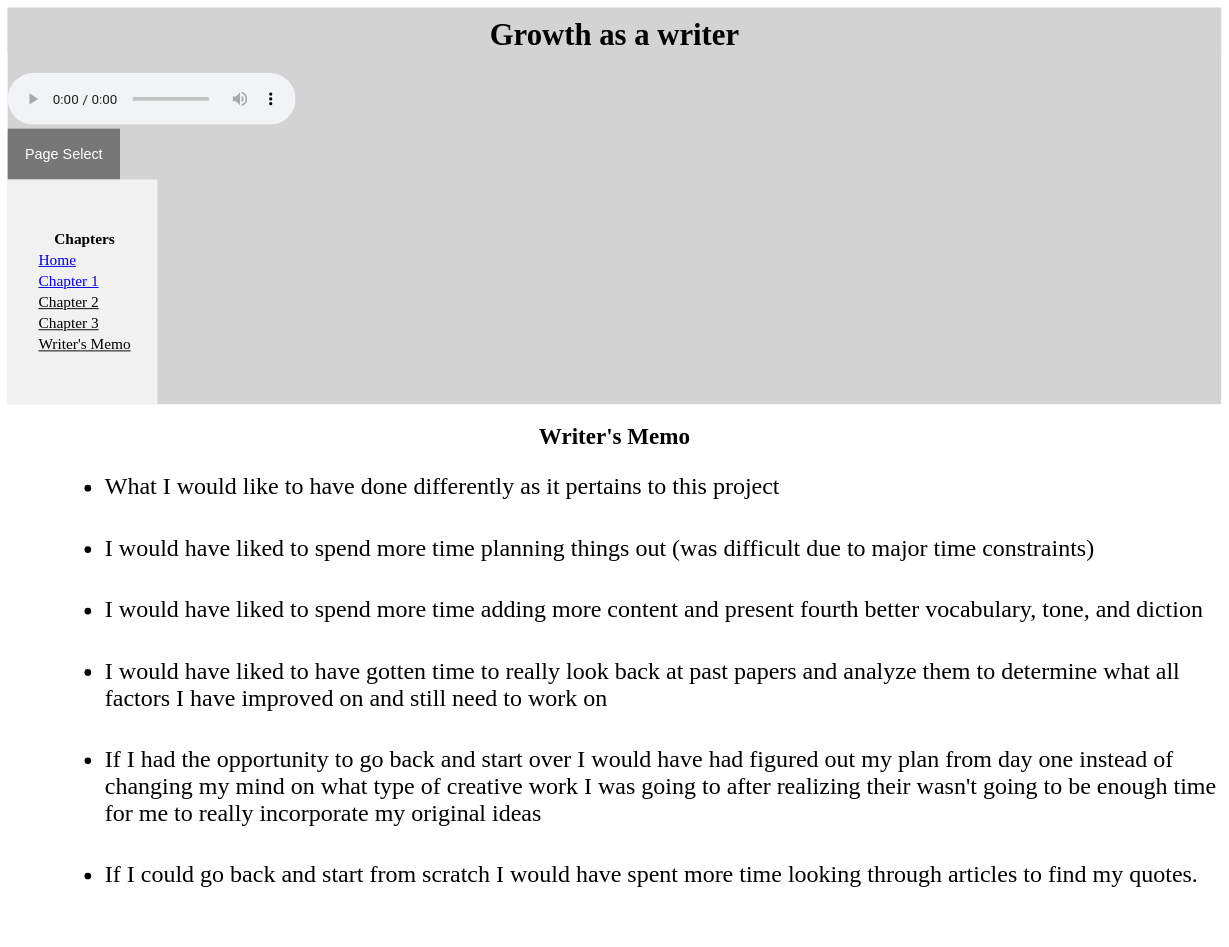
Repository: jpaisiem/WP-4
Page: WritersMemo.html
The author's editor kept a copy of each file at every save. The page is drawn from the files as they stood at one save, then again after a run of saves.
The browser window is 1280 px wide. The pictures show the whole page, at 96% of full size.

Above is the page before, as saved 2025-05-01 12:02:24.
Console error: TypeError: Cannot read properties of undefined (reading 'toggle')

After the next 2 saves:
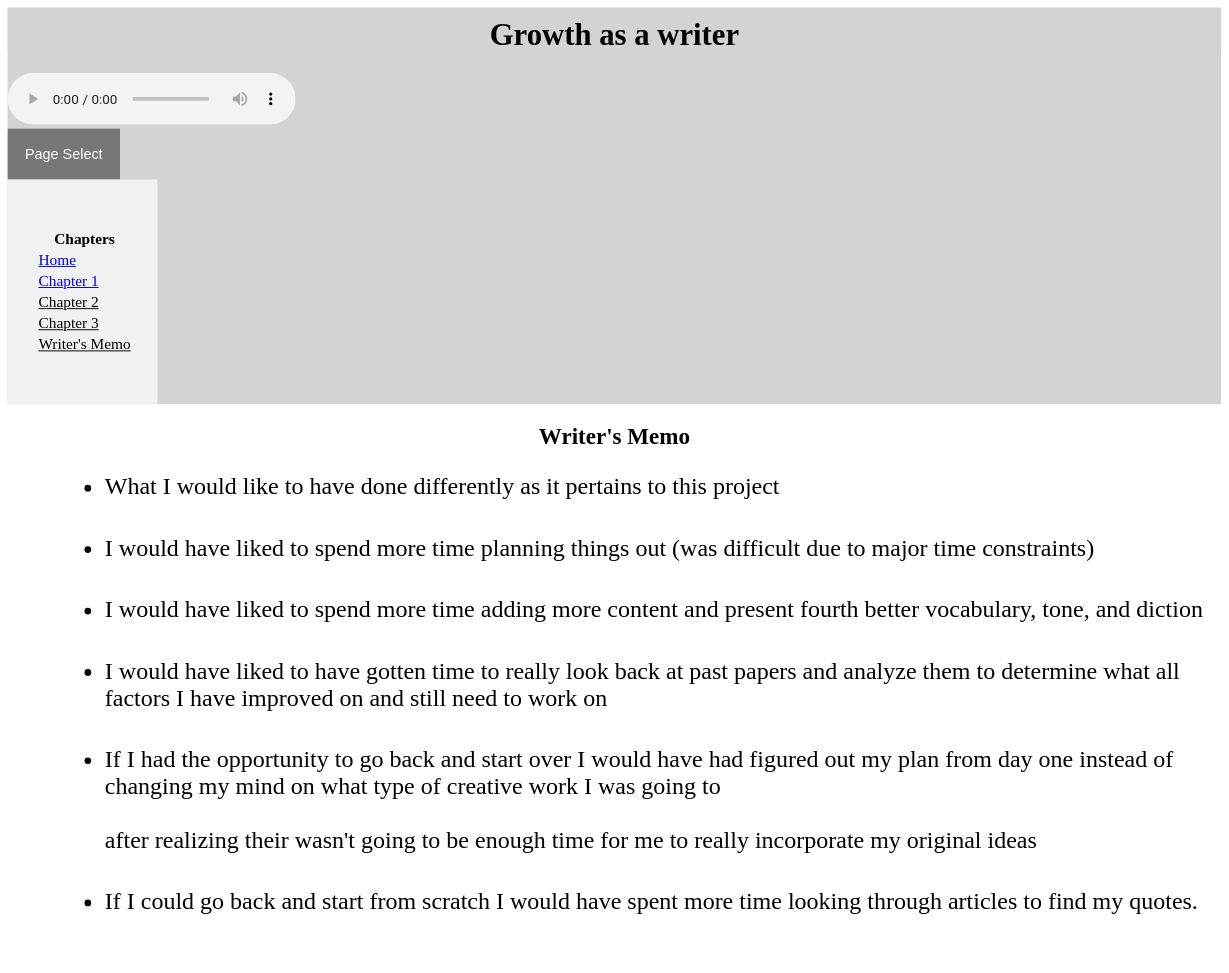
The 2 saves are shown as one change because they came seconds apart.
The last was saved 11 s later.
--- a/WritersMemo.html
+++ b/WritersMemo.html
@@ -85,7 +85,7 @@ li
 <li>I would have liked to spend more time planning things out (was difficult due to major time constraints)</li><br><br>
 <li>I would have liked to spend more time adding more content and present fourth better vocabulary, tone, and diction</li><br><br>
 <li>I would have liked to have gotten time to really look back at past papers and analyze them to determine what all factors I have improved on and still need to work on</li><br><br>
-<li>If I had the opportunity to go back  and start over I would  have had figured out my plan from day one instead of changing my mind on what type of creative work I was going to after realizing their wasn't going to be enough time for me to really incorporate my original ideas</li><br><br>
+<li>If I had the opportunity to go back  and start over I would  have had figured out my plan from day one instead of changing my mind on what type of creative work I was going to <br><br>after realizing their wasn't going to be enough time for me to really incorporate my original ideas</li><br><br>
 <li>If I could go back and start from scratch I would have spent more time looking through articles to find my quotes.</li><br><br>
 </ul>
 </p>
